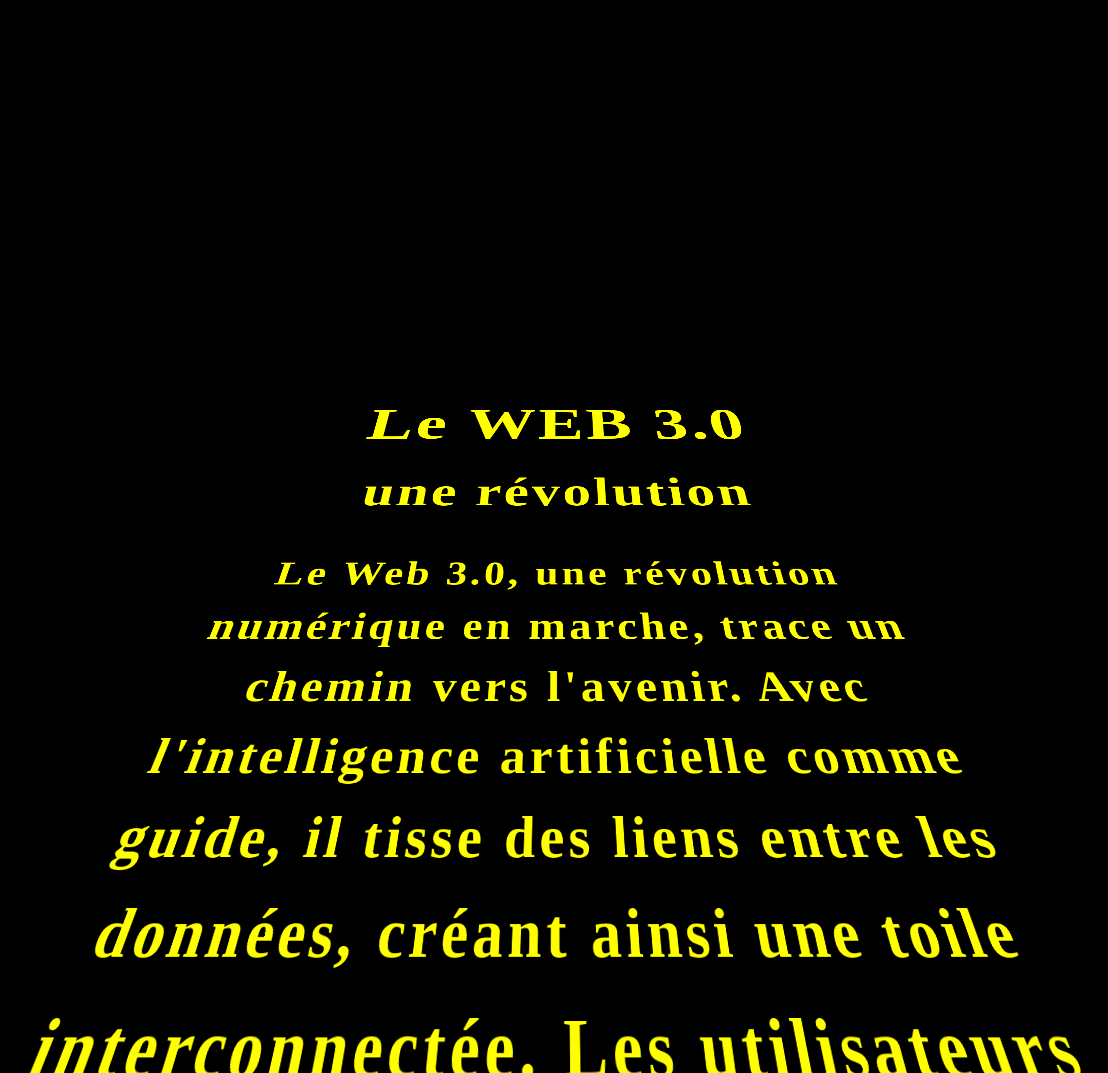
Repository: Alexander-Fejari/exercices-star-wars
Page: index.html
An editor plug-in stored every save of this project. The page is shown before and after the next save, followed by the edit.
The browser window is 1280 px wide. The page is 1288 px wide, so the pictures cover 1288 px, including what lies to the right of the window. The pictures show the whole page, at 86% of full size.
Some web fonts or font styles are not loaded; a fallback is used.

Above is the page before, as saved 2023-09-28 17:54:18.

After the next save:
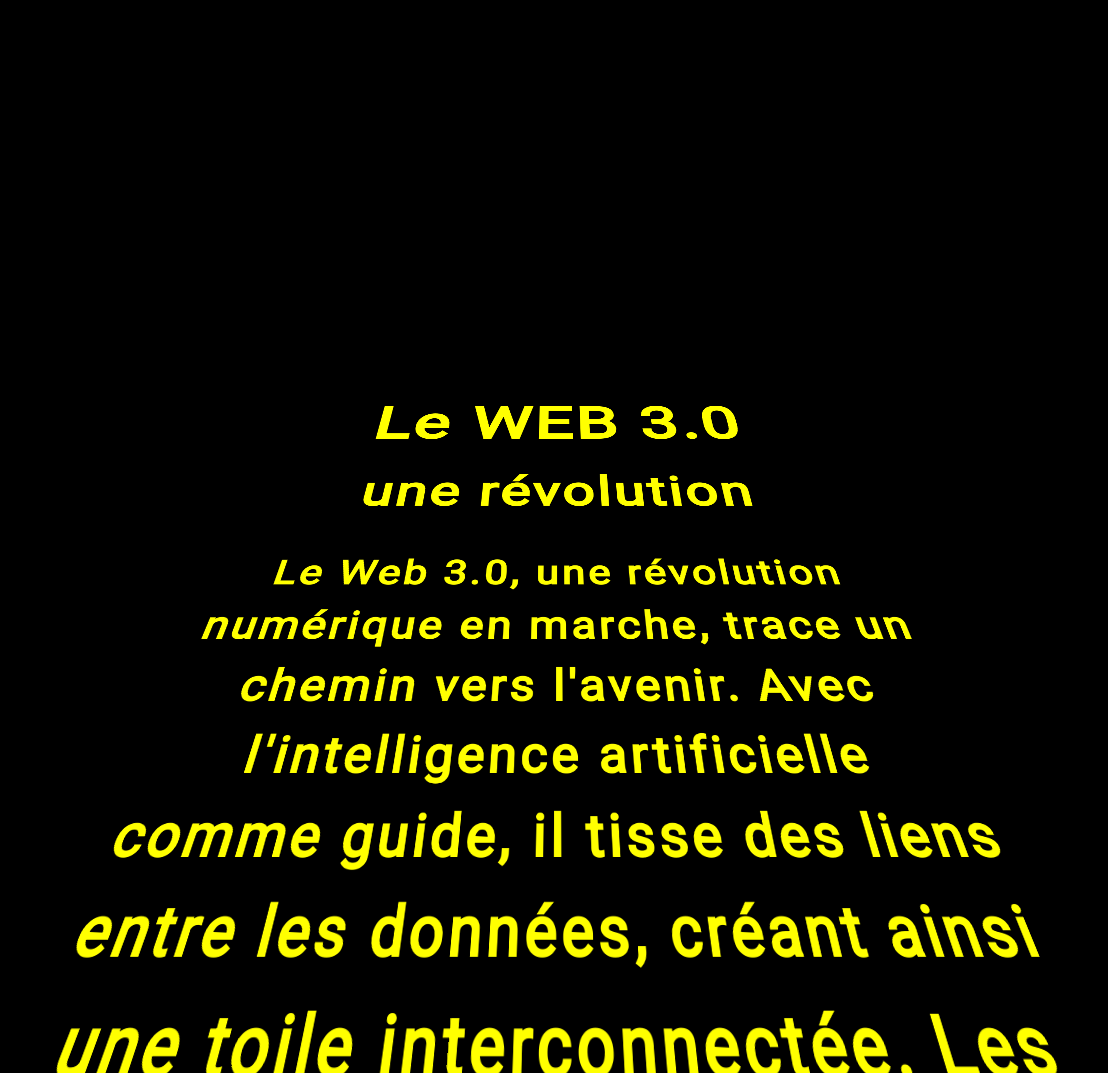
Saved 14 s later.
--- a/style/style.css
+++ b/style/style.css
@@ -4,7 +4,7 @@
   height: 100%;
   overflow: hidden;
   background-color: black;
-  font-family: sans serif;
+  font-family: 'Roboto', sans-serif;
 }
 .deformation {
   display: flex;
